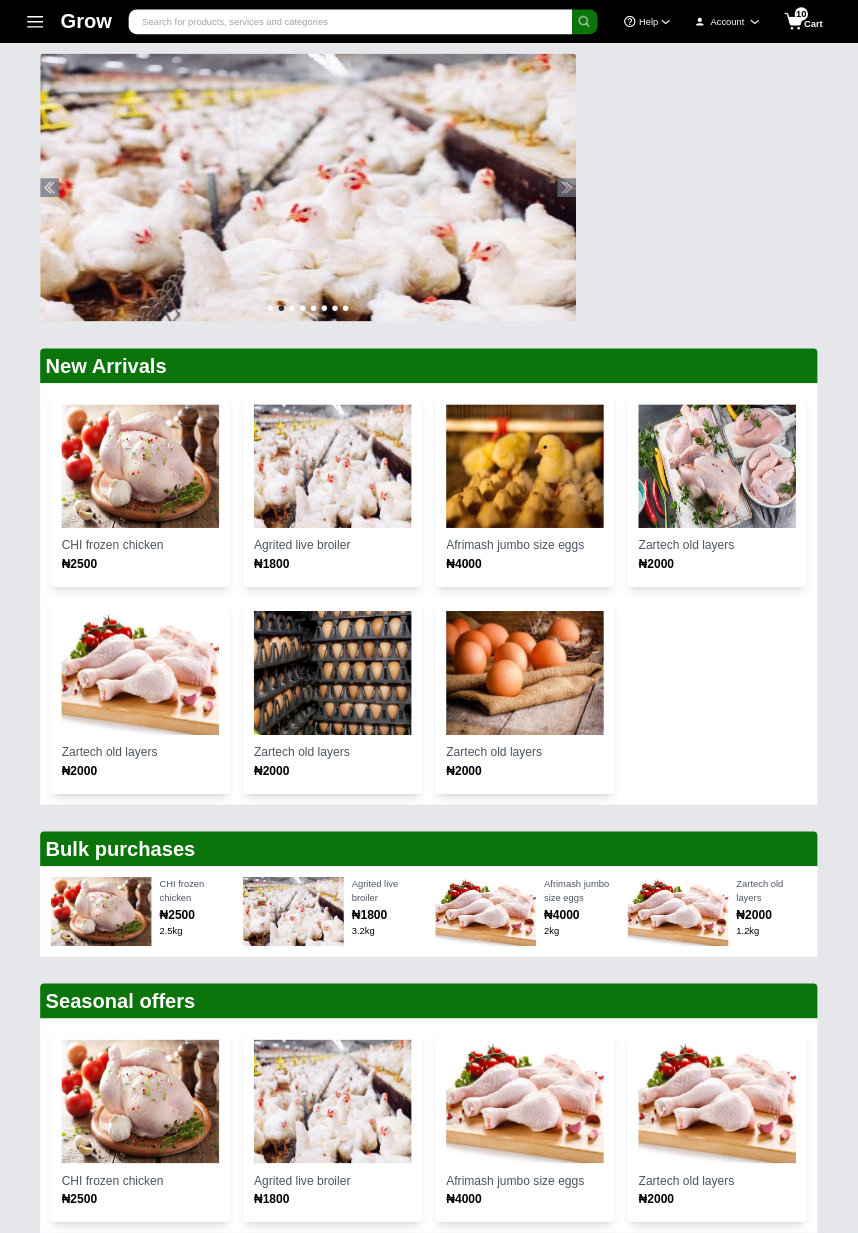
Repository: IssaMuiz/ifarmstock
Page: /
These files come from the project's save history. The page is drawn as it stood at one moment and after the next save; the edit follows.
The browser window is 1280 px wide. The pictures show the whole page, at 67% of full size.
The project was rebuilt for these pictures with package versions that can differ from the ones it lists, and the page was loaded fresh each time. The framework's server and built-in components were replaced by stand-ins that run in the browser. Also part of the build but not shown: next.config.mjs.

Above is the page before, as saved 2024-08-31 07:03:33.

### app/layout.tsx
import "@/styles/globals.css";

export const metadata = {
  title: "Grow",
  description: "Livestock farming e-commerce application",
};

export default function RootLayout({
  children,
}: {
  children: React.ReactNode;
}) {
  return (
    <html lang="en">
      <body className="bg-gray-200 h-screen w-auto mx-10">
        <section>{children}</section>
      </body>
    </html>
  );
}

### app/page.tsx
"use client";

import ProductSlider from "@/components/productSlider";
import ClientLayout from "@/components/clientLayout";
import NewArrivalsCards from "@/components/newArrivalsCards";
import BulkPurchasesCards from "@/components/bulkPurchasesCards";
import SeasonalCards from "@/components/seasonalCards";

const Home = () => {
  return (
    <ClientLayout>
      <div className="pt-20 mx-5">
        <div>
          <ProductSlider />

          <div className="bgColor text w-full h-auto mt-10 text-3xl p-2 rounded-t-md font-semibold">
            New Arrivals
          </div>
          <NewArrivalsCards />
          <div className="bgColor text w-full h-auto mt-10 text-3xl p-2 rounded-t-md font-semibold">
            Bulk purchases
          </div>
          <BulkPurchasesCards />
          <div className="bgColor text w-full h-auto mt-10 text-3xl p-2 rounded-t-md font-semibold">
            Seasonal offers
          </div>
          <SeasonalCards />
        </div>
      </div>
    </ClientLayout>
  );
};

export default Home;

### styles/globals.css
@tailwind base;
@tailwind components;
@tailwind utilities;

.scrollbar {
  scrollbar-width: thin;
  scrollbar-color: gray #313131;
}

.bgColor {
  background-color: rgb(11, 116, 11);
}

.text {
  color: white;
}

body {
  font-family: Arial, Helvetica, sans-serif;
  font-size: 14px;
}

### components/productSlider.tsx
"use client";
import Image from "next/image";
import { useEffect, useState } from "react";

const ProductSlider = () => {
  const images = [
    "/assets/images/poultry-image1-slider.jpg",
    "/assets/images/poultry-image2-slider.jpg",
    "/assets/images/poultry-image3-slider.jpg",
    "/assets/images/poultry-image4-slider.jpg",
    "/assets/images/poultry-image5-slider.jpg",
    "/assets/images/poultry-image6-slider.jpg",
    "/assets/images/poultry-image7-slider.jpg",
    "/assets/images/catfish-image1-slider.jpg",
  ];

  const [index, setIndex] = useState(0);

  const handleSliceNext = () => {
    setIndex((index + 1) % images.length);
  };
  const handleSlicePrev = () => {
    setIndex((index - 1) % images.length);
  };

  const handleIndicatorClick = (i: number) => {
    setIndex(i);
  };

  useEffect(() => {
    const intervalId = setInterval(() => {
      handleSliceNext();
    }, 5000);
    return () => clearInterval(intervalId);
  }, [index]);
  return (
    <div className="relative w-[800px] overflow-hidden">
      <div
        className="flex transition-transform duration-500 ease-in-out"
        style={{ transform: `translateX(-${index * 100}%)` }}
      >
        {images.map((image, i) => (
          <div key={i} className="min-w-full">
            <Image
              className="h-[400px] rounded-md"
              src={image}
              alt={`Slide ${i + 1}`}
              width={800}
              height={200}
            />
          </div>
        ))}
      </div>
      <button
        type="button"
        onClick={handleSlicePrev}
        className="absolute left-0 top-1/2 tranform -translate-y-1/2 bg-gray-500 text-white px-1 py-1 opacity-75 hover:opacity-100 transition-opacity"
      >
        <Image
          className=""
          src="/assets/icons/arrow-left.png"
          alt="arrow-right-icon"
          width={20}
          height={20}
        />
      </button>
      <button
        type="button"
        onClick={handleSliceNext}
        className="absolute right-0 top-1/2 tranform -translate-y-1/2 bg-gray-500 text-white px-1 py-1 opacity-75 hover:opacity-100 transition-opacity"
      >
        <Image
          className=""
          src="/assets/icons/right-arrow.png"
          alt="arrow-right-icon"
          width={20}
          height={20}
        />
      </button>
      <div className="absolute bottom-4 left-0 right-0 flex justify-center space-x-2">
        {images.map((_, i) => (
          <button
            key={i}
            onClick={() => handleIndicatorClick(i)}
            className={`w-2 h-2 rounded-full ${
              index === i ? "bg-gray-800" : "bg-white"
            }`}
          />
        ))}
      </div>
    </div>
  );
};

export default ProductSlider;

### components/clientLayout.tsx
"use client";
import Navbar from "@/components/navbar";
import Sidenav from "@/components/sidenav";
import { useState, createContext } from "react";

export const SidebarContext = createContext({
  isOpen: false,
  toggleSidebar: () => {},
});

const ClientLayout = ({ children }: { children: React.ReactNode }) => {
  const [isOpen, setIsOpen] = useState(false);

  const toggleSidebar = () => {
    setIsOpen((prev) => !prev);
  };
  return (
    <SidebarContext.Provider value={{ isOpen, toggleSidebar }}>
      <Navbar />
      <Sidenav />
      <div
        className={`fixed inset-0 bg-black transition-opacity duration-300 ease-in-out z-10 ${
          isOpen
            ? "opacity-70 pointer-events-auto"
            : "opacity-0 pointer-events-none"
        }`}
        onClick={toggleSidebar}
      ></div>
      <section
        className={`relative z-0 transition-all duration-300 ease-in-out `}
      >
        {children}
      </section>
    </SidebarContext.Provider>
  );
};

export default ClientLayout;

### components/newArrivalsCards.tsx
import Image from "next/image";
import newArrivalsCards from "../models/newArrivalsCards.json";
const NewArrivalsCards = () => {
  return (
    <div className="bg-white h-auto  p-4">
      <div className="grid grid-cols-4  gap-5">
        {newArrivalsCards.map((product, index) => (
          <div
            key={index}
            className="flex shadow-lg flex-col p-4 gap-3 rounded-md"
          >
            <Image
              src={product.image}
              alt="poultry"
              width={150}
              height={100}
              className="h-full w-full"
            />
            <div className="text-lg overflow-hidden">
              <p className="text-gray-600 line-clamp-2">{product.name}</p>
              <p className="font-semibold text-lg">&#8358;{product.Price}</p>
              <p>{product.weight}</p>
            </div>
          </div>
        ))}
      </div>
    </div>
  );
};

export default NewArrivalsCards;

### components/bulkPurchasesCards.tsx
import Image from "next/image";
import bulkPurchasesCards from "@/models/bulkPurchasesCards.json";
const BulkPurchasesCard = () => {
  return (
    <div className="bg-white h-auto p-4">
      <div className="grid grid-cols-4 gap-5">
        {bulkPurchasesCards.map((product, index) => (
          <div key={index} className="flex gap-3">
            <Image src={product.image} alt="poultry" width={150} height={150} />
            <div className="text-md">
              <p content="" className="text-gray-600">
                {product.name}
              </p>
              <p className="font-semibold text-lg">&#8358;{product.Price}</p>
              <p>{product.weight}</p>
            </div>
          </div>
        ))}
      </div>
    </div>
  );
};

export default BulkPurchasesCard;

### components/seasonalCards.tsx
import Image from "next/image";
import seasonalCards from "@/models/seasonalCards.json";
const SeasonalCards = () => {
  return (
    <div className="bg-white h-auto  p-4">
      <div className="grid grid-cols-4  gap-5">
        {seasonalCards.map((product, index) => (
          <div
            key={index}
            className="flex shadow-lg flex-col p-4 gap-3 rounded-md"
          >
            <Image
              src={product.image}
              alt="poultry"
              width={150}
              height={100}
              className="h-full w-full"
            />
            <div className="text-lg overflow-hidden">
              <p className="text-gray-600 line-clamp-2">{product.name}</p>
              <p className="font-semibold text-lg">&#8358;{product.Price}</p>
              <p>{product.weight}</p>
            </div>
          </div>
        ))}
      </div>
    </div>
  );
};

export default SeasonalCards;

### components/navbar.tsx
"use client";
import Image from "next/image";
import { useContext } from "react";
import { SidebarContext } from "./clientLayout";
const Navbar = () => {
  const { toggleSidebar } = useContext(SidebarContext);
  return (
    <nav className="fixed bg-black text w-full h-16 flex items-center justify-between top-0 left-0 right-0 px-10 z-10">
      <button onClick={toggleSidebar}>
        <svg
          className="fill-white hover:fill-[green] cursor-pointer"
          xmlns="http://www.w3.org/2000/svg"
          viewBox="0 0 50 50"
          width="25px"
          height="25px"
        >
          <path d="M 3 8 A 2.0002 2.0002 0 1 0 3 12 L 47 12 A 2.0002 2.0002 0 1 0 47 8 L 3 8 z M 3 23 A 2.0002 2.0002 0 1 0 3 27 L 47 27 A 2.0002 2.0002 0 1 0 47 23 L 3 23 z M 3 38 A 2.0002 2.0002 0 1 0 3 42 L 47 42 A 2.0002 2.0002 0 1 0 47 38 L 3 38 z" />
        </svg>
      </button>
      <div className="Leftnav text text-3xl font-semibold cursor-pointer ml-5">
        Grow
      </div>
      <div className="Middlenav flex flex-1 mx-5 max-w-[700px] items-center">
        <input
          className=" px-5 py-2 w-full rounded-l-xl text-black outline-none"
          type="text"
          placeholder="Search for products, services and categories"
        />
        <div className="h-[37px] w-10 bgColor pt-2 pl-2 rounded-r-xl cursor-pointer">
          <Image
            className=""
            src="/assets/icons/search.png"
            alt="search-icon"
            width={20}
            height={20}
          />
        </div>
      </div>
      <div className="Rightnav flex items-center justify-between gap-3">
        <div className="flex items-center gap-1 cursor-pointer rounded-md p-3 hover:bg-[green]">
          <Image
            src="/assets/icons/help.png"
            alt="help-icon"
            width={20}
            height={20}
          />
          <p className="">Help</p>
          <Image
            src="/assets/icons/arrow-down.png"
            alt="help-icon"
            width={15}
            height={15}
          />
        </div>
        <div className="flex items-center gap-2  cursor-pointer rounded-md p-3 hover:bg-[green]">
          <Image
            src="/assets/icons/account.png"
            alt="help-icon"
            width={15}
            height={15}
          />
          <p>Account</p>
          <Image
            src="/assets/icons/arrow-down.png"
            alt="help-icon"
            width={15}
            height={15}
          />
        </div>
        <div className="flex relative cursor-pointer p-3 hover:bg-[green] rounded-md">
          <Image
            src="/assets/icons/cart.png"
            alt="cart-icon"
            width={30}
            height={20}
          />
          <p className="bg-white h-5 w-5 rounded-full text-black absolute left-7 bottom-7 text-center font-semibold">
            10
          </p>
          <p className="font-semibold mt-2 ">Cart</p>
        </div>
      </div>
    </nav>
  );
};

export default Navbar;

### components/sidenav.tsx
"use client";
import Image from "next/image";
import Link from "next/link";
import { useState } from "react";
import { useContext } from "react";
import { SidebarContext } from "./clientLayout";
const Sidenav = () => {
  const [categories, setCategories] = useState([
    {
      id: "1",
      name: "Broiler",
      expanded: false,
      arrowIcon: "/assets/icons/arrow-icon--right.png",
      dropdownlink: [
        { name: "Day Old Chicks", link: "/" },
        { name: "Matured Broilers", link: "/" },
        { name: "Frozen Chicken", link: "/" },
      ],
    },
    {
      id: "2",
      name: "Layers",
      expanded: false,
      arrowIcon: "/assets/icons/arrow-icon--right.png",
      dropdownlink: [
        { name: "Pullet", link: "/" },
        { name: "Point Of Lay", link: "/" },
        { name: "Old Layers", link: "/" },
      ],
    },
    {
      id: "3",
      name: "Catfish",
      expanded: false,

      arrowIcon: "/assets/icons/arrow-icon--right.png",
      dropdownlink: [
        { name: "Fingerlings/Juvenile", link: "/" },
        { name: "Matured Catfish", link: "/" },
        { name: "Smoked Catfish", link: "/" },
      ],
    },
    {
      id: "4",
      name: "Poultry-Eggs",
      expanded: false,

      arrowIcon: "/assets/icons/arrow-icon--right.png",
      dropdownlink: [
        { name: "Jumbo-size", link: "/" },
        { name: "Small-size", link: "/" },
        { name: "packaged-eggs", link: "/" },
      ],
    },
  ]);

  const handleDropdown = (id: string) => {
    setCategories((prev) =>
      prev.map((category) =>
        category.id === id
          ? { ...category, expanded: !category.expanded }
          : category
      )
    );
  };

  const { isOpen } = useContext(SidebarContext);
  return (
    <nav
      className={`fixed overflow-x-hidden scrollbar h-screen overflow-scroll z-20 left-0 top-0 bottom-0 w-[300px] transform transition-transform duration-300  bg-gray-100 ${
        isOpen ? "translate-x-0" : "-translate-x-full"
      }`}
    >
      <div className="bgColor h-14 flex items-center text text-2xl pl-5 font-semibold gap-3">
        <Image
          src="/assets/icons/account.png"
          alt="profile-icon"
          height={25}
          width={25}
        />
        <p>Hello User</p>
      </div>
      <div className=" ">
        {categories.map((category) => (
          <div onClick={() => handleDropdown(category.id)} key={category.id}>
            <div className="text-lg flex justify-between items-center font-semibold hover:bg-gray-300 mt-5 p-2 cursor-pointer">
              <div>{category.name}</div>

              <Image
                className={`${
                  category.expanded &&
                  "rotate-90 duration-300 transition-transform"
                } h-4 w-4`}
                src={category.arrowIcon}
                alt="arrow-icon"
                width={3}
                height={3}
              />
            </div>

            <div>
              {category.expanded && (
                <div>
                  {category.dropdownlink.map((dropdown, index) => (
                    <div className="hover:bg-gray-300" key={index}>
                      <Link href={dropdown.link}>
                        <div className="p-3 text-md ">{dropdown.name}</div>
                      </Link>
                    </div>
                  ))}
                </div>
              )}
            </div>
          </div>
        ))}
      </div>
    </nav>
  );
};

export default Sidenav;

### models/newArrivalsCards.json
[
  {
    "image": "/assets/images/poultry-image1-slider.jpg",
    "name": "CHI frozen chicken",
    "Price": "2500",
    "weight": "2.5kg"
  },
  {
    "image": "/assets/images/poultry-image2-slider.jpg",
    "name": "Agrited live broiler",
    "Price": "1800",
    "weight": "3.2kg"
  },
  {
    "image": "/assets/images/poultry-image3-slider.jpg",
    "name": "Afrimash jumbo size eggs",
    "Price": "4000",
    "weight": "2kg"
  },
  {
    "image": "/assets/images/poultry-image4-slider.jpg",
    "name": "Zartech old layers",
    "Price": "2000",
    "weight": "1.2kg"
  },
  {
    "image": "/assets/images/poultry-image5-slider.jpg",
    "name": "Zartech old layers",
    "Price": "2000",
    "weight": "1.2kg"
  },
  {
    "image": "/assets/images/poultry-image7-slider.jpg",
    "name": "Zartech old layers",
    "Price": "2000",
    "weight": "1.2kg"
  },
  {
    "image": "/assets/images/poultry-image6-slider.jpg",
    "name": "Zartech old layers",
    "Price": "2000",
    "weight": "1.2kg"
  }
]

### models/bulkPurchasesCards.json
[
  {
    "image": "/assets/images/poultry-image1-slider.jpg",
    "name": "CHI frozen chicken",
    "Price": "2500",
    "weight": "2.5kg"
  },
  {
    "image": "/assets/images/poultry-image2-slider.jpg",
    "name": "Agrited live broiler",
    "Price": "1800",
    "weight": "3.2kg"
  },
  {
    "image": "/assets/images/poultry-image5-slider.jpg",
    "name": "Afrimash jumbo size eggs",
    "Price": "4000",
    "weight": "2kg"
  },
  {
    "image": "/assets/images/poultry-image5-slider.jpg",
    "name": "Zartech old layers",
    "Price": "2000",
    "weight": "1.2kg"
  }
]

### models/seasonalCards.json
[
  {
    "image": "/assets/images/poultry-image1-slider.jpg",
    "name": "CHI frozen chicken",
    "Price": "2500",
    "weight": "2.5kg"
  },
  {
    "image": "/assets/images/poultry-image2-slider.jpg",
    "name": "Agrited live broiler",
    "Price": "1800",
    "weight": "3.2kg"
  },
  {
    "image": "/assets/images/poultry-image5-slider.jpg",
    "name": "Afrimash jumbo size eggs",
    "Price": "4000",
    "weight": "2kg"
  },
  {
    "image": "/assets/images/poultry-image5-slider.jpg",
    "name": "Zartech old layers",
    "Price": "2000",
    "weight": "1.2kg"
  }
]

Loaded but not shown: tailwind.config.ts (common file)

After the next save:
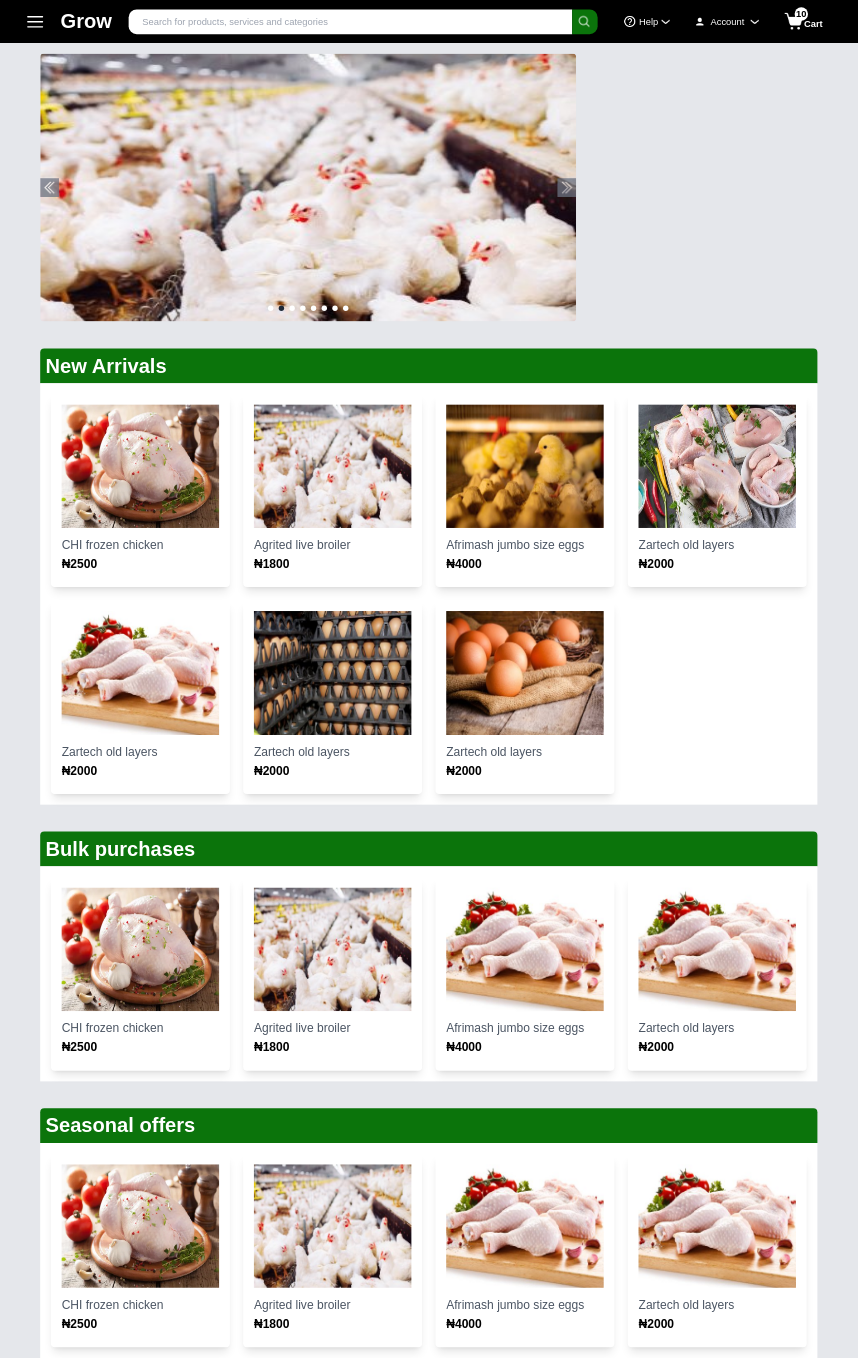
Saved 34 s later.
--- a/components/bulkPurchasesCards.tsx
+++ b/components/bulkPurchasesCards.tsx
@@ -2,15 +2,22 @@ import Image from "next/image";
 import bulkPurchasesCards from "@/models/bulkPurchasesCards.json";
 const BulkPurchasesCard = () => {
   return (
-    <div className="bg-white h-auto p-4">
-      <div className="grid grid-cols-4 gap-5">
+    <div className="bg-white h-auto  p-4">
+      <div className="grid grid-cols-4  gap-5">
         {bulkPurchasesCards.map((product, index) => (
-          <div key={index} className="flex gap-3">
-            <Image src={product.image} alt="poultry" width={150} height={150} />
-            <div className="text-md">
-              <p content="" className="text-gray-600">
-                {product.name}
-              </p>
+          <div
+            key={index}
+            className="flex shadow-lg flex-col p-4 gap-3 rounded-md"
+          >
+            <Image
+              src={product.image}
+              alt="poultry"
+              width={150}
+              height={100}
+              className="h-full w-full"
+            />
+            <div className="text-lg overflow-hidden">
+              <p className="text-gray-600 line-clamp-2">{product.name}</p>
               <p className="font-semibold text-lg">&#8358;{product.Price}</p>
               <p>{product.weight}</p>
             </div>
